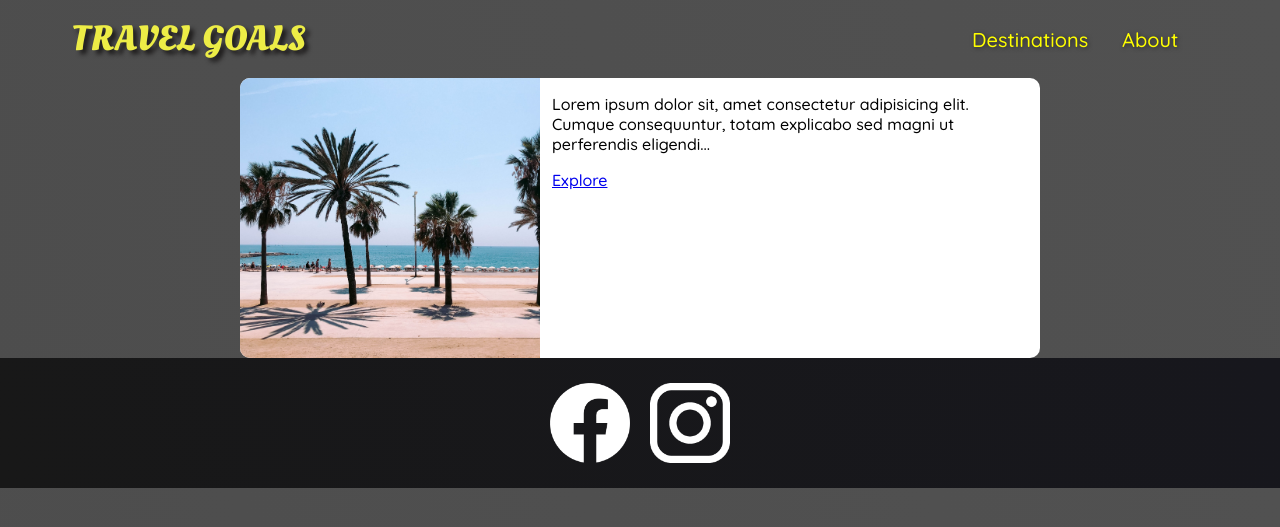
Repository: MicTomm/Travel-Goals
Page: places.html
These files come from the project's save history. The page is drawn as it stood at one moment and after the next save; the edit follows.
The browser window is 1280 px wide. The pictures show the whole page.

Above is the page before, as saved 2023-06-08 20:21:51.

### places.html
<!DOCTYPE html>
<html lang="it">

<head>
    <meta charset="UTF-8">
    <title>Travel Goals</title>
    <link rel="stylesheet"
        href="https://fonts.googleapis.com/css2?family=Raleway:wght@700&family=Oleo+Script:wght@700&family=Quicksand:wght@300;500&display=swap">
    <link href="/styles/shared.css" rel="stylesheet">
    <link href="/styles/places.css" rel="stylesheet">
</head>

<body>
    <header>
        <div id="logo">
            <a href="/index.html">Travel Goals</a>
        </div>
        <nav>
            <ul>
                <li><a href="/places.html">Destinations</a></li>
                <li><a href="">About</a></li>
            </ul>
        </nav>
    </header>
    <main>
        <ul>
            <li>
                <img src="images/places/barcelona.jpg" alt="Barcelona">
                <div class="card-content">
                    <p>Lorem ipsum dolor sit, amet consectetur adipisicing elit. Cumque consequuntur, totam explicabo sed magni ut perferendis eligendi...</p>
                    <div class="card-link">
                        <a href="https://en.wikipedia.org/wiki/Barcelona">Explore</a>
                    </div>
                </div>
            </li>
        </ul>
    </main>
    <footer>
        <ul>
            <li>
                <a href="https://www.facebook.com/" title="facebook">
                    <img src="/images/icons/facebook.png" alt="facebook-icon">
                </a>
            </li>
            <li>
                <a href="https://www.instagram.com/" title="instagram">
                    <img src="/images/icons/insta.png" alt="instagram-icon">
                </a>
            </li>
    </footer>
</body>

</html>

### styles/shared.css
body {
    margin: 0px;
    font-family: 'Quicksand', sans-serif;
}

ul {
    list-style: none;
    padding: 0px;
    margin: 0px;
}

header {
    display: flex;
    justify-content: space-between;
    align-items: center;
    padding: 15px 60px;
    position: absolute;
    width: 100%;
    top: 0;
    left: 0;
    box-sizing: border-box;
}

header ul {
    margin: 10px;
    display: flex;
    justify-content: space-between;
    width: 250px;
}

header li {
    width: 100px;
}

header a {
    color: yellow;
    text-decoration: none;
    font-size: 20px;
    padding: 12px;
    text-shadow: 1px 1px 4px rgba(0, 0, 0, 0.5);
}

header a:hover {
    background-color: yellow;
    box-shadow: 2px 2px 4px rgba(0, 0, 0, 0.5);
    color: rgb(67, 60, 60);
    text-shadow: 1px 1px 2px rgb(0, 0, 0, 0.5);
    border-radius: 8px;
}

footer{
    background: linear-gradient(70deg, rgb(24, 24, 24), rgb(23, 23, 29));
    padding: 25px;
}

footer ul{
    display: flex;
    justify-content: center;
}

footer li{
    width: 80px;
    height: 80px;
    margin: 0px 10px;
}

footer img{
    width: 100%;
    height: 100%;
}

#logo a {
    font-family: 'Oleo script', sans-serif;
    font-size: 35px;
    text-decoration: none;
    color: rgb(237, 237, 70);
    text-shadow: 4px 4px 4px rgb(31, 29, 29);
    text-transform: uppercase;
}

#logo a:hover {
    background-color: transparent;

}

### styles/places.css
body {
    background: linear-gradient(77deg, rgb(77, 77, 77), rgb(81, 81, 81));
}

/*
    position: static sovrascrive il comportamento impostato per l'header nel file shared.css, al fine
    di evitare la sovrapposizione delle prime card sull'header
*/
header {
    position: static;
}

main ul {
    width: 800px;
    margin: 0px auto;
}

main li {
    display: flex;
    background-color: white;
    border-radius: 10px;
    overflow: hidden;
}

main li img {
    height: 280px;
    width: 300px;
    object-fit: cover;
}

.card-content{
    margin: 0px 12px;
}

.card-link{
    text-decoration: none;
}

After the next save:
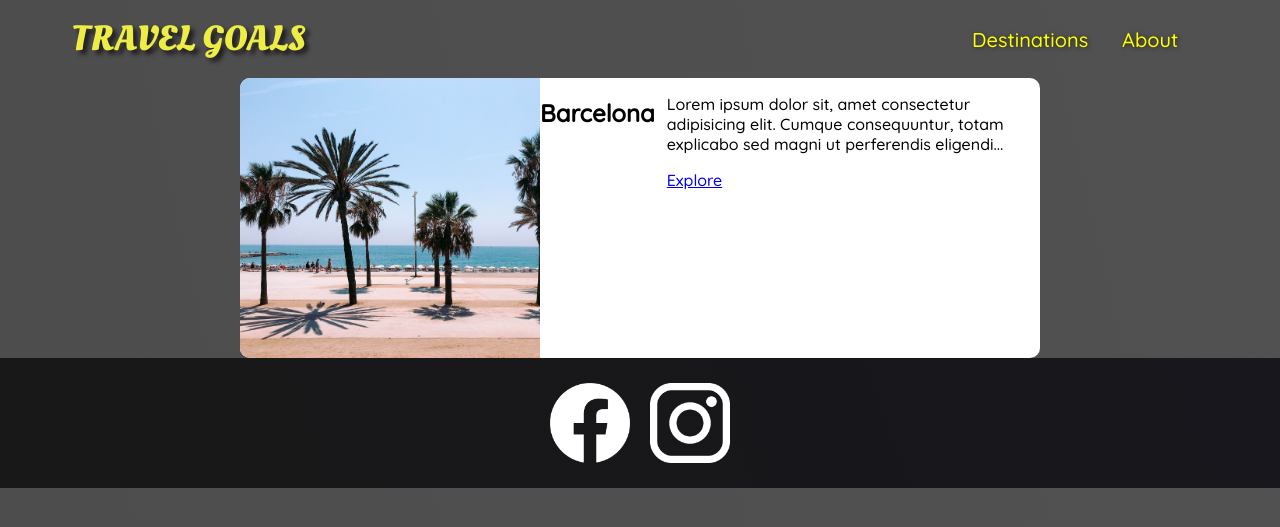
Saved 57 s later.
--- a/places.html
+++ b/places.html
@@ -26,6 +26,7 @@
         <ul>
             <li>
                 <img src="images/places/barcelona.jpg" alt="Barcelona">
+                <h2>Barcelona</h2>
                 <div class="card-content">
                     <p>Lorem ipsum dolor sit, amet consectetur adipisicing elit. Cumque consequuntur, totam explicabo sed magni ut perferendis eligendi...</p>
                     <div class="card-link">
